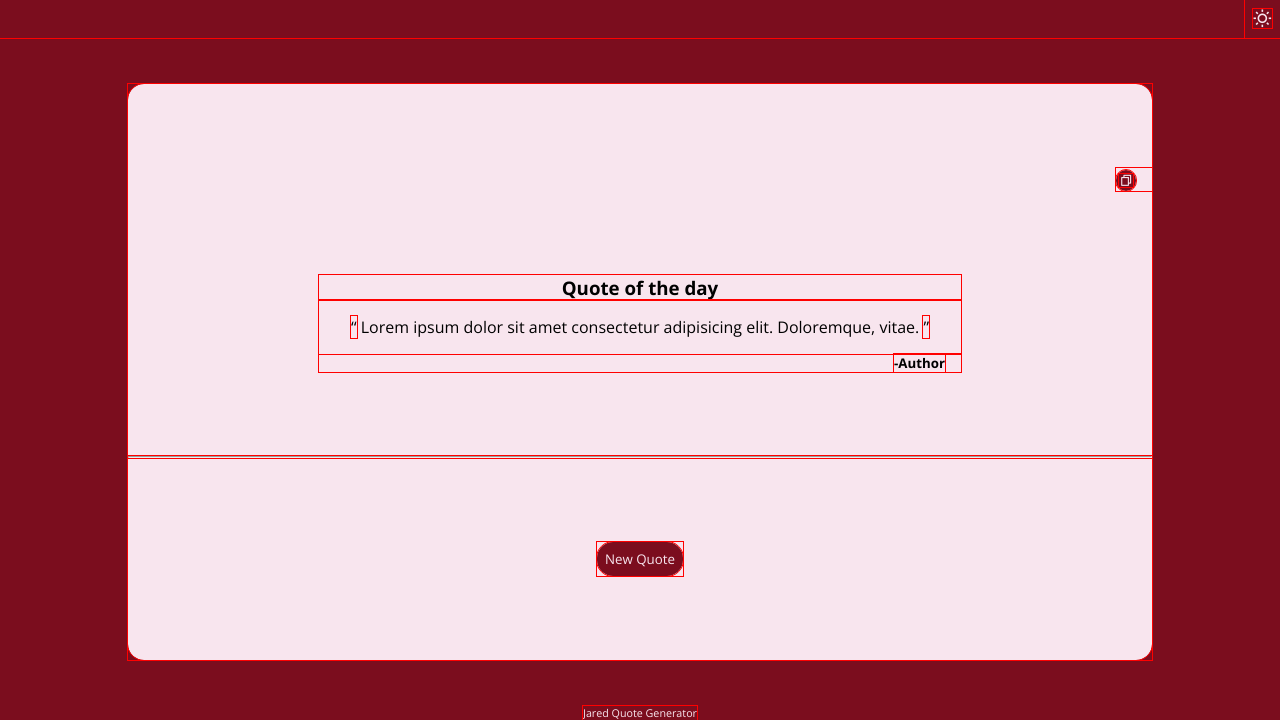
Repository: EguJaredoBoyd/Jared-Quote-Generator
Page: html/main.html
The author's editor kept a copy of each file at every save. The page is drawn from the files as they stood at one save, then again after the next save.
The browser window is 1280 px wide. The pictures show the whole page.
Some web libraries are served in a nearby version.

Above is the page before, as saved 2026-01-09 20:57:02.

After the next save:
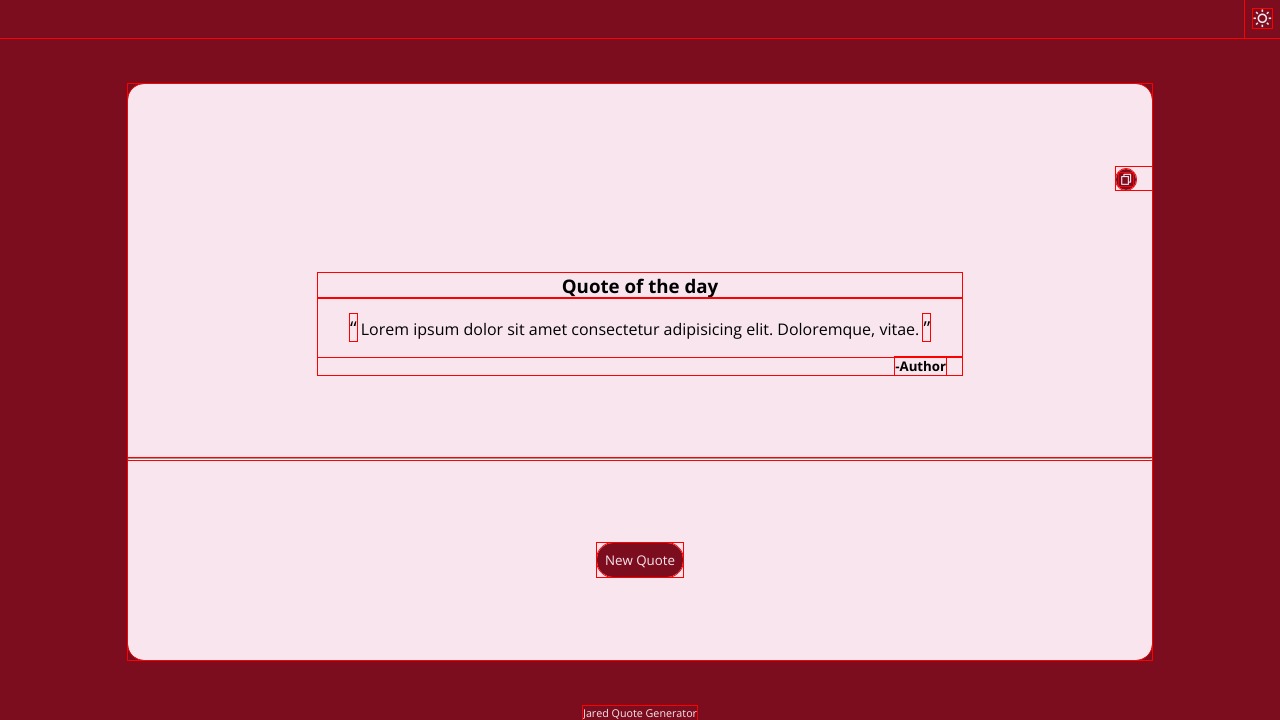
Saved 2 min 0 s later.
--- a/css/style.css
+++ b/css/style.css
@@ -94,6 +94,10 @@ header button {
   text-align: center;
 }
 
+.quote-container__quotes span {
+  font-size: larger;
+}
+
 .quote-container__author {
   justify-self: end;
   padding-right: 1rem;

After the save that followed:
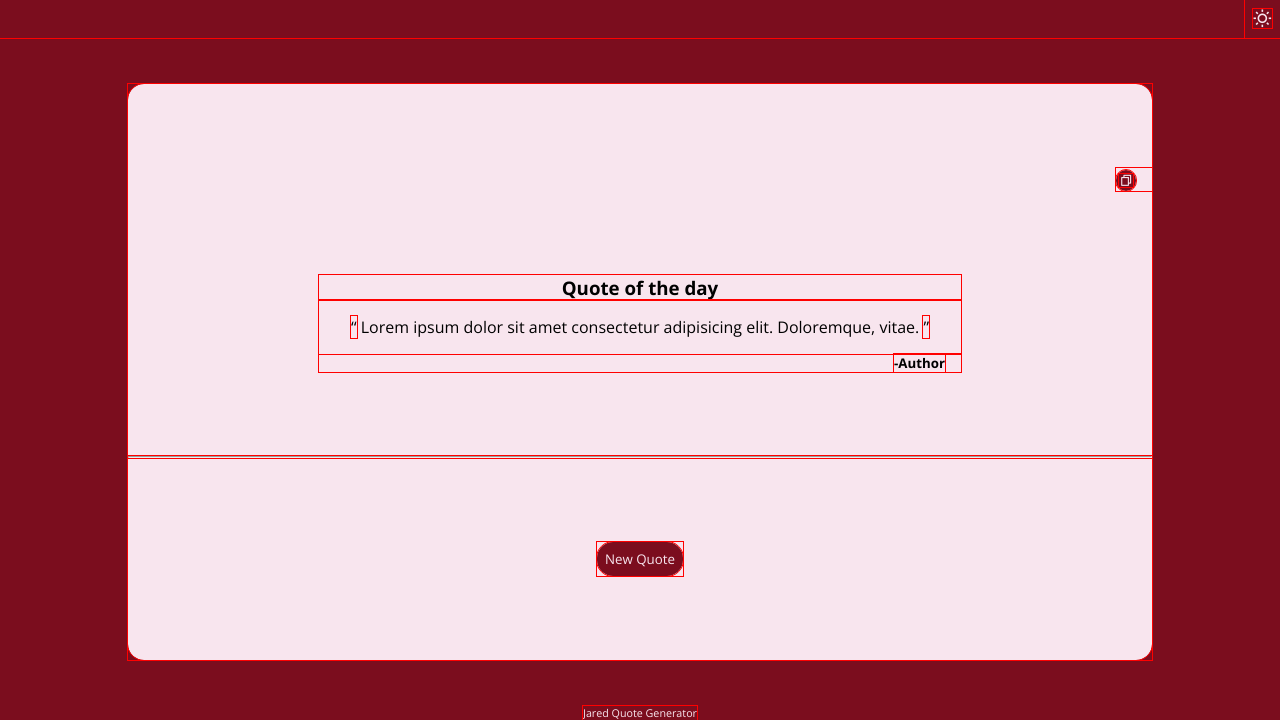
Saved 23 s later.
--- a/css/style.css
+++ b/css/style.css
@@ -95,7 +95,7 @@ header button {
 }
 
 .quote-container__quotes span {
-  font-size: larger;
+  font-size: 1rem;
 }
 
 .quote-container__author {
